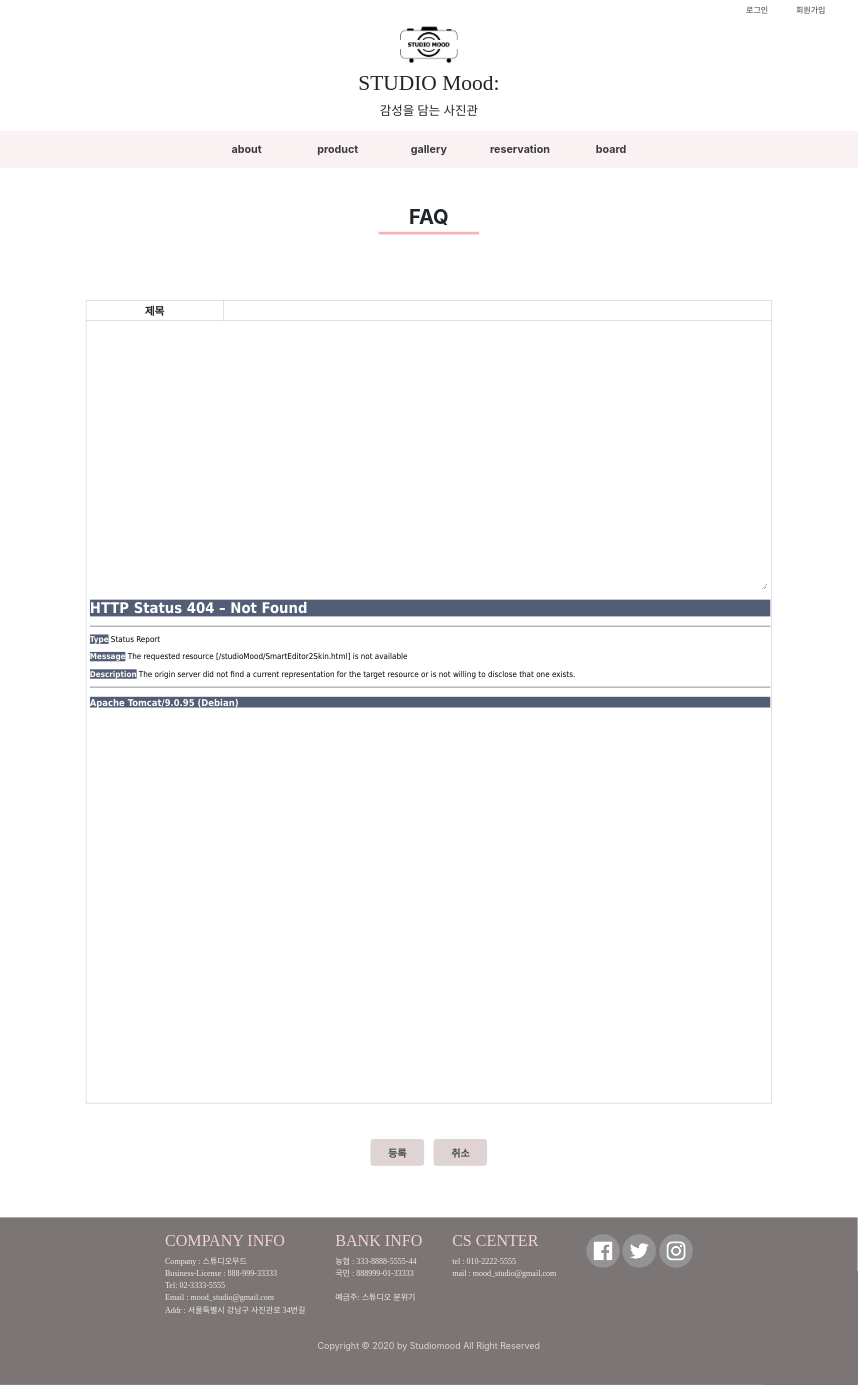
Repository: seugju/HSDsemi
Page: http://localhost/studioMood/WEB-INF/views/faq/faqWriteFrm.jsp
These files come from the project's save history. The page is drawn as it stood at one moment and after the next save; the edit follows.
The browser window is 1280 px wide. The pictures show the whole page, at 67% of full size.
Some web fonts or font styles are not loaded; a fallback is used. The page is served by Tomcat 9. Nobody is signed in. Other server files are loaded and not shown. The template is opened directly, without the code that normally fills it, so the values that code supplies are empty.

Above is the page before, as saved 2020-12-02 06:16:26.
Console error: TypeError: fCreator is not a function

### project-workspace/studioMood/WebContent/WEB-INF/views/faq/faqWriteFrm.jsp
<%@ page language="java" contentType="text/html; charset=UTF-8"
    pageEncoding="UTF-8"%>
<!DOCTYPE html PUBLIC "-//W3C//DTD HTML 4.01 Transitional//EN" "http://www.w3.org/TR/html4/loose.dtd">
<html>
<head>
<meta http-equiv="Content-Type" content="text/html; charset=UTF-8">
<title>Insert title here</title>
<script type="text/javascript"
	src="/nse_files/js/HuskyEZCreator.js"
	charset="utf-8"></script>
<style>
	.content-writer *{
		margin: 0 auto;
	}

        .header-text {
            margin-top: 50px;
            width: 150px;
            text-align: center;
            font-weight: bold;
            font-size: 30px;
            border-bottom: 4px solid #FBB1B5;
        }
	     .content-table{
             margin-top:50px;
             width:80%;
             border: 1px solid lightgray;
             border-collapse: collapse;
        }
        .content-table tr,th,td{

             border: 1px solid lightgray;
             border-collapse: collapse;

        }
/*          .content-table input{
           outline:1px solid white;
        } */
		input{
			width:95%;
			border:none;border-right:0px; border-top:0px; boder-left:0px; boder-bottom:0px;
			outline:none;
		}
		input:focus {outline:none;}
		textarea{
			width:99.5%;
			height:400px;
			border:none;
			resize: none;
			text-align:center;
		}
		textarea:focus{
			outline:none;
		}
		.content-btn {
         margin:5px;
         display:inline-block;
            width: 80px;
            height: 40px;
            font-weight: bold;
            font-size: 15px;
            text-align: center;
            background-color: #dfd3d3;
            border: 2px solid #dfd3d3;
            border-radius: 5px;
            list-style: none;
            color: #4a4a4a;
             text-decoration: none;
             line-height:40px;
             vertical-align:middle;
             padding:0;
        }
        .button{
        	width:100%;
        	height:50px;
        	text-align:center;
        }

        	a{
		 text-decoration: none;
		color: #4a4a4a;
	}
	td{
		text-align:left;
		padding-left:5px;
	}
	button{
		outline:none;
	}
</style>
</head>
<body>
	<%@ include file="/WEB-INF/views/common/header.jsp"%>
	<section>
		<div class="content-writer" style="text-align: center; margin: 0 auto; "width="80%">
			<div class="header-text">FAQ</div>
            <br>
            <br>
			<form action="/insertFaq" method="post">
			<table class="content-table">
				<tr height="30px">
					<th width="20%">제목</th>
					<td width="80%"><input type="text" name="faqTitle" >
					</td>
				</tr>

				<tr>
					<td colspan="2"><textarea name="faqContent" rows="3" col="40" id="faqContent"></textarea>
				</tr>

			</table>
			<br><br>
			<div class="button">
				<button type="submit" class="content-btn" onclick="submitContents(this)">등록</button>
				<a href="javascript:history.go(-1)" class="content-btn">취소</a>

			</div>

			</form>
			<br><br><br>
		</div>
	</section>
		<%@ include file="/WEB-INF/views/common/footer.jsp"%>
					<script type="text/javascript">
			var oEditors = [];
			nhn.husky.EZCreator.createInIFrame({
				oAppRef : oEditors,
				elPlaceHolder : "faqContent",
				sSkinURI : "/nse_files/SmartEditor2Skin.html",
				fCreator : "createSEditor2"
			});
			function submitContents(elClickedObj) {
				oEditors.getById["faqContent"].exec("UPDATE_CONTENTS_FIELD", []); // 에디터의 내용이 textarea에 적용됩니다.
				// 에디터의 내용에 대한 값 검증은 이곳에서 document.getElementById("ir1").value를 이용해서 처리하면 됩니다.

				try {
					elClickedObj.form.submit();
				} catch (e) {
				}
			}
		</script>
</body>
</html>

### project-workspace/studioMood/WebContent/WEB-INF/views/common/header.jsp
<%@page import="member.model.vo.Member"%>
<%@ page language="java" contentType="text/html; charset=UTF-8"
    pageEncoding="UTF-8"%>
    <%
    	Member m = (Member)session.getAttribute("loginMember");
    %>
<!DOCTYPE html PUBLIC "-//W3C//DTD HTML 4.01 Transitional//EN" "http://www.w3.org/TR/html4/loose.dtd">
<html>
<head>
<meta http-equiv="Content-Type" content="text/html; charset=UTF-8">
<title>Insert title here</title>

<script type="text/javascript" src="http://code.jquery.com/jquery-3.3.1.js"></script>
    <link rel="stylesheet" href="https://maxcdn.bootstrapcdn.com/bootstrap/4.5.2/css/bootstrap.min.css">
    <script src="https://ajax.googleapis.com/ajax/libs/jquery/3.5.1/jquery.min.js"></script>
    <script src="https://cdnjs.cloudflare.com/ajax/libs/popper.js/1.16.0/umd/popper.min.js"></script>
    <script src="https://maxcdn.bootstrapcdn.com/bootstrap/4.5.2/js/bootstrap.min.js"></script>

     <style>
    	 @font-face {
            font-family: 'S-CoreDream-4Regular';
            src: url('https://cdn.jsdelivr.net/gh/projectnoonnu/noonfonts_six@1.2/S-CoreDream-4Regular.woff') format('woff');
            font-weight: normal;
            font-style: normal;
        }

		@font-face {
		    font-family: 'Cafe24Danjunghae';
		    src: url('https://cdn.jsdelivr.net/gh/projectnoonnu/noonfonts_twelve@1.1/Cafe24Danjunghae.woff') format('woff');
		    font-weight: normal;
		    font-style: normal;
		}

		@font-face {
		    font-family: 'KCC-eunyoung';
		    src: url('https://cdn.jsdelivr.net/gh/projectnoonnu/noonfonts_one@1.0/KCC-eunyoung-Regular.woff') format('woff');
		    font-weight: normal;
		    font-style: normal;
		}
        header{
            width: 100vw;
        }

        .navbar {
            display: block;
            background-color: #faf2f2;
            margin: 0 auto;
        }

        .logo {
            margin: 0 auto;
            width: 500px;
            text-align: center;
        }
        .logo >h2{
         	font-family: 'Cafe24Danjunghae';
         }

        .logo>p{
        	 font-family: 'KCC-eunyoung';
        	 font-size: 14pt;
        }

        .navi-menu,
        .navi-menu-top {
            /* menu ul */
            list-style: none;
            text-align: center;

        }

        .navi-menu-top {
            float: right;
        }

        .navi-menu {
            margin: 0 auto;
            width: 680px;
        }

        .navi-menu>li {
            width: 125px;
            height: 40px;
            margin: 0 auto;
        }

        .navi-menu li>a {
            width: 100%;
            height: 100%;
            box-sizing: border-box;
            text-align: center;
            display: block;
            float: left;
        }

        .nav-link {
            color: #373a40;
            font-weight: bold;
        }

        .navi-menu-top {
            display: inline-block;
        }

        .nav-top {
     	   	font-family: 'S-CoreDream-4Regular';
            width: 1200px;
            float: right;
            padding-right: 30px;
        }

        .navi-menu-top li {
            width: 80px;
            height: 30px;
            float: left;
        }

        .navi-menu-top li>a {
            width: 100%;
            height: 100%;
            display: inline-block;
            font-size: 9pt;
            line-height: 30px;
            color: #373a40;
        }

        .subMenu{
            margin: 0;
            padding: 0;
            list-style-type: none;
            transition-duration: 2s;
        }
        .subMenu li>a{
            margin: 0;
            padding: 0;
            display: inline-block;
            width: 125px;
            float: none;
        }

    </style>

        <script>
        $(function(){
            var subMenu = $(".subMenu");
            subMenu.hide();

            $(".navi-menu>li>a").hover(function(){
               $(this).css('color','gray');
            },function(){
                $(this).css('color','#373a40');
           });

            $(".navi-menu>li>a").click(function(){
                subMenu.each(function(idx,item){
                    $(this).hide();
                })
                $(this).next().slideToggle();
             });
        });


    </script>
</head>
<body>

     <div class="nav-top">
     <%if(m != null) { //로그인 된 상태%>
     	<ul class="navbar-nav navi-menu-top" id="login-nav">
            <li>
                <a class="nav-top-link" href="/logout">로그아웃</a>
            </li>
            <li>
            <%if(m.getMemberLevel() == 0) {%>
                <a class="nav-top-link" href="/adminPage">관리자페이지</a>
            <%}else{ %>
                <a class="nav-top-link" href="/myPage?memberId=<%=m.getMemberId()%>">마이페이지</a>
            <%} %>
            </li>
        </ul>
     <%}else { %>
     	<ul class="navbar-nav navi-menu-top" id="logout-nav">
            <li>
                <a class="nav-top-link" href="/views/member/login.jsp">로그인</a>
            </li>
            <li>
                <a class="nav-top-link" href="/views/member/join.jsp">회원가입</a>
            </li>
        </ul>
     <%} %>
    </div>

    <div class="container-fluid">
        <br>
        <div class="logo">
            <img src="/img/logo.png" width="100px;" onclick="location.href = '/'">
            <h2>STUDIO Mood:</h2>
            <p>감성을 담는 사진관 </p>
        </div>
    </div>

   <nav class="navbar navbar-expand-sm sticky-top">
        <ul class="navbar-nav navi-menu">
            <li class="nav-item">
                <a class="nav-link" href="#">about</a>
                <ul class="subMenu">
                    <li><a class="nav-link sub-nav-item" href="#">studio 'mood'</a></li>
                    <li><a class="nav-link sub-nav-item" href="#">오시는 길</a></li>
                </ul>
            </li>
            <li class="nav-item">
                <a class="nav-link" href="#">product</a>
            </li>
            <li class="nav-item">
                <a class="nav-link" href="#">gallery</a>
                <ul class="subMenu">
                    <li><a class="nav-link sub-nav-item" href="#">개인프로필</a></li>
                    <li><a class="nav-link sub-nav-item" href="#">바디프로필</a></li>
                    <li><a class="nav-link sub-nav-item" href="#">단체프로필</a></li>
                </ul>
            </li>
            <li class="nav-item">
                <a class="nav-link" href="#">reservation</a>
                <ul class="subMenu">
                    <li><a class="nav-link sub-nav-item" href="/test">예약</a></li>
                    <li><a class="nav-link sub-nav-item" href="/searchReserve">예약확인</a></li>
                </ul>
            </li>
            <li class="nav-item">
                <a class="nav-link" href="#">board</a>
                <ul class="subMenu">
                    <li><a class="nav-link sub-nav-item" href="/noticeList?reqPage=1">공지사항</a></li>
                    <li><a class="nav-link sub-nav-item" href="#">QnA</a></li>
                    <li><a class="nav-link sub-nav-item" href="#">review</a></li>
                    <li><a class="nav-link sub-nav-item" href="#">FAQ</a></li>
                </ul>
            </li>
        </ul>
    </nav>


</body>
</html>

### project-workspace/studioMood/WebContent/WEB-INF/views/common/footer.jsp
<%@ page language="java" contentType="text/html; charset=UTF-8"
    pageEncoding="UTF-8"%>
<!DOCTYPE html PUBLIC "-//W3C//DTD HTML 4.01 Transitional//EN" "http://www.w3.org/TR/html4/loose.dtd">
<html>
<head>
<meta http-equiv="Content-Type" content="text/html; charset=UTF-8">
<title>Insert title here</title>

<style>
		 @font-face {
            font-family: 'S-CoreDream-4Regular';
            src: url('https://cdn.jsdelivr.net/gh/projectnoonnu/noonfonts_six@1.2/S-CoreDream-4Regular.woff') format('woff');
            font-weight: normal;
            font-style: normal;
        }

        @font-face {
            font-family: 'S-CoreDream-5Medium';
            src: url('https://cdn.jsdelivr.net/gh/projectnoonnu/noonfonts_six@1.2/S-CoreDream-5Medium.woff') format('woff');
            font-weight: normal;
            font-style: normal;
        }
        .footer{
            background-color: rgb(124, 117, 117);
            text-align: center;
            width: 100vw;
            height: 250px;
            margin: 0;
            padding: 0;
        }
        .footerBox{
            margin: 20px;
            text-align: left;
            display: inline-block
        }
        .footerBox >h2{
       		font-family: 'S-CoreDream-5Medium';
            color: rgb(241, 209, 209);
            font-size: 18pt;
        }
        .footerBox>p{
        	font-family: 'S-CoreDream-4Regular';
        	font-size: 9pt;
            color: rgb(241, 238, 238);
        }
        .footer-top,
        .footer-bottom{
        	margin : 0 auto;
            width: 1198px;
        }
        .footer-bottom{
          color: rgba(241, 238, 238, 0.8);
          font-size: 10pt;
        }
        .icon{

        }
        .icon>img{

            width: 50px;
        }
    </style>
</head>
<body>
 <footer>
       <div class="footer">
           <div class="footer-top">
                <div class="footerBox company-info" width:310px;>
                <h2>COMPANY INFO</h2>
                <p>
                    Company : 스튜디오무드 <br>
                    Business-License : 888-999-33333<br>
                    Tel: 02-3333-5555<br>
                    Email : mood_studio@gmail.com<br>
                    Addr : 서울특별시 강남구 사진관로 34번길<br>
                </p>
            </div>
            <div class="footerBox bank-info" width:180px;>
                <h2>BANK INFO</h2>
                <p>
                    농협 : 333-8888-5555-44 <br>
                    국민 : 888999-01-33333<br><br>
                    예금주: 스튜디오 분위기<br><br>

                </p>
            </div>
            <div class="footerBox cs" width:230px;>
                <h2>CS CENTER</h2>
                <p>
                    tel : 010-2222-5555 <br>
                    mail : mood_studio@gmail.com<br><br><br><br>
                </p>
            </div>
           <div class="footerBox icon" width:130px;>
               <img src="/img/Facebook_1.png">
               <img src="/img/Twitter_1.png">
               <img src="/img/Instagram_1.png">
               <p><br><br><br><br></p>
           </div>
           </div>

            <div class="footer-bottom">
                <p>Copyright &copy; 2020 by Studiomood All Right Reserved</p>
            </div>

       </div>

   </footer>

</body>
</html>

Loaded but not shown: project-workspace/studioMood/WebContent/nse_files/js/HuskyEZCreator.js (common file)

After the next save:
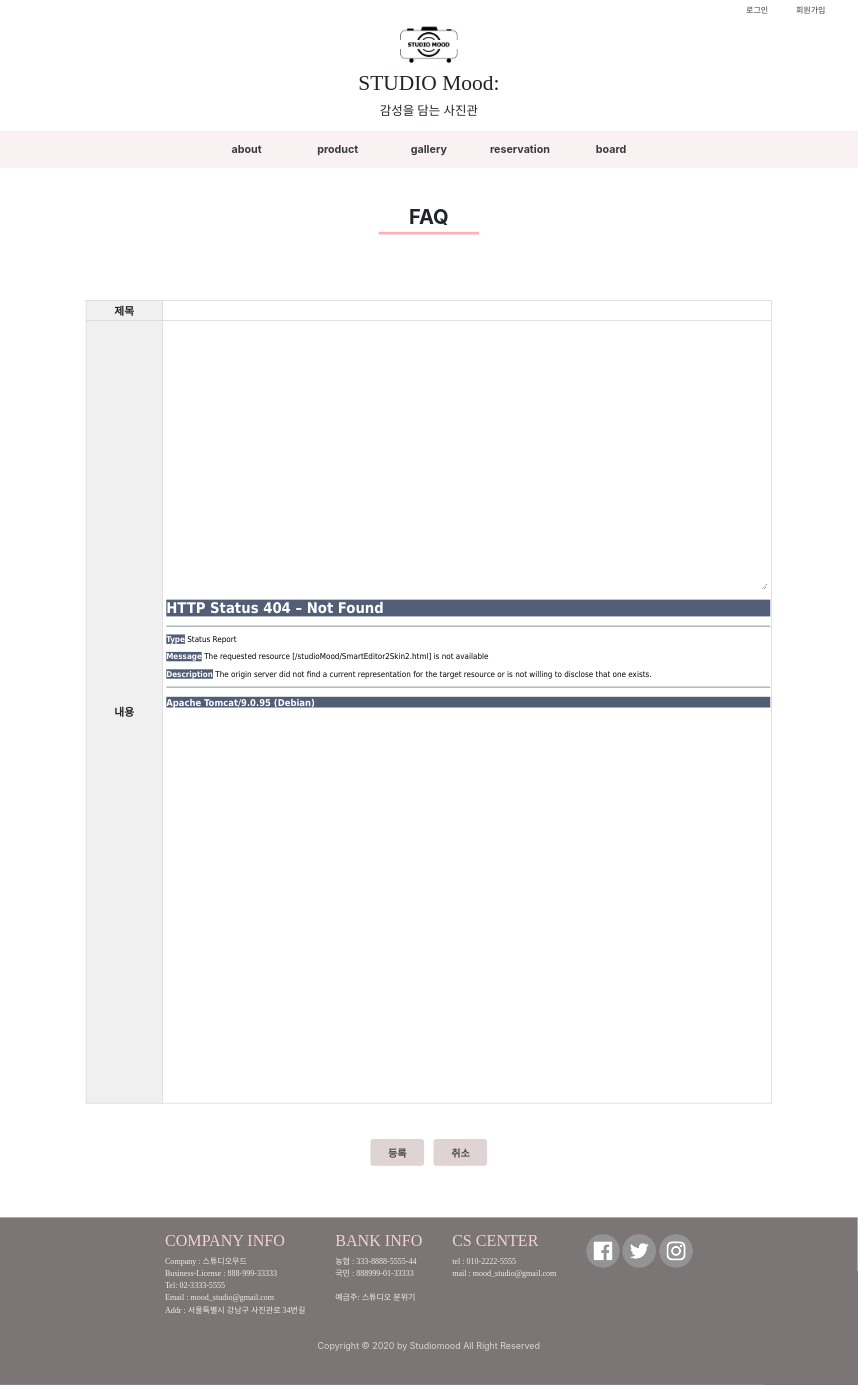
Saved 11 s later.
--- a/project-workspace/studioMood/WebContent/WEB-INF/views/faq/faqWriteFrm.jsp
+++ b/project-workspace/studioMood/WebContent/WEB-INF/views/faq/faqWriteFrm.jsp
@@ -87,6 +87,9 @@
 	button{
 		outline:none;
 	}
+		th{
+		background-color:#F0F0F0;
+	}
 </style>
 </head>
 <body>
@@ -99,13 +102,14 @@
 			<form action="/insertFaq" method="post">
 			<table class="content-table">
 				<tr height="30px">
-					<th width="20%">제목</th>
+					<th width="10%">제목</th>
 					<td width="80%"><input type="text" name="faqTitle" >
 					</td>
 				</tr>
 
 				<tr>
-					<td colspan="2"><textarea name="faqContent" rows="3" col="40" id="faqContent"></textarea>
+				<th width="10%">내용</th>
+					<td><textarea name="faqContent" rows="3" col="40" id="faqContent"></textarea>
 				</tr>
 
 			</table>
@@ -126,7 +130,7 @@
 			nhn.husky.EZCreator.createInIFrame({
 				oAppRef : oEditors,
 				elPlaceHolder : "faqContent",
-				sSkinURI : "/nse_files/SmartEditor2Skin.html",
+				sSkinURI : "/nse_files/SmartEditor2Skin2.html",
 				fCreator : "createSEditor2"
 			});
 			function submitContents(elClickedObj) {
